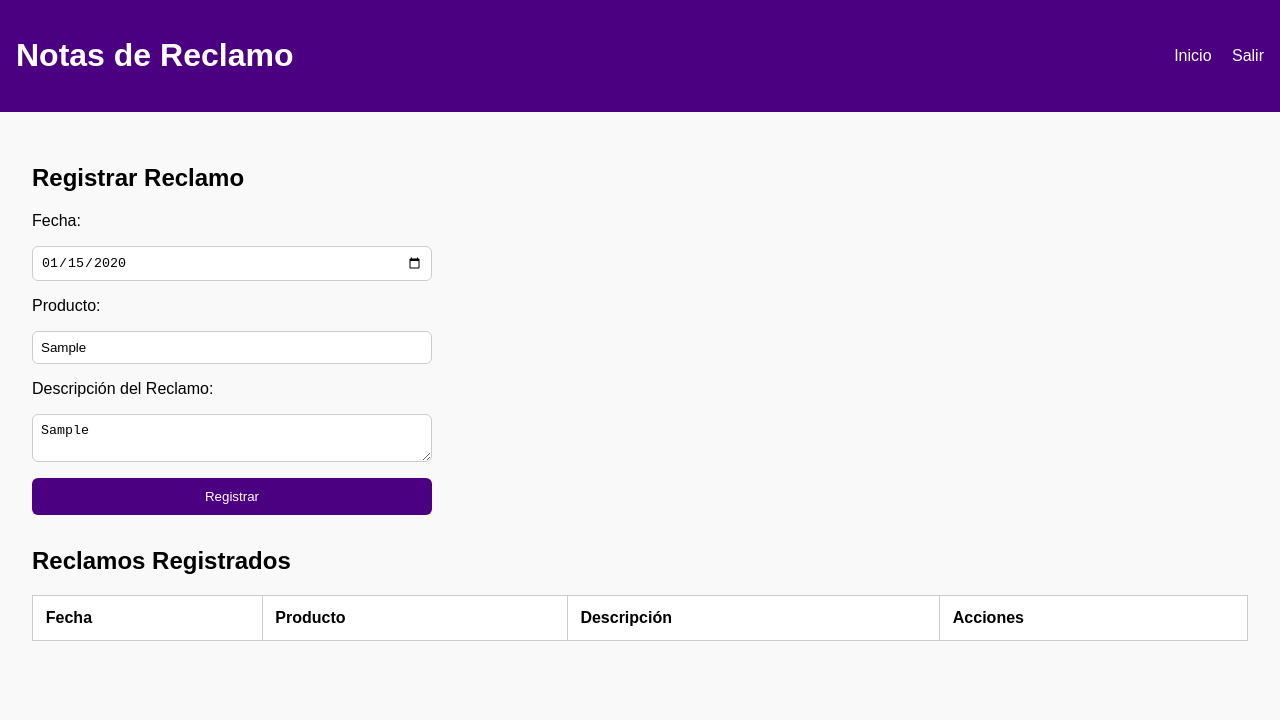
Repository: djkeviin/Mi-primera-chamba
Page: views/reclamos.html
The author's editor kept a copy of each file at every save. The page is drawn from the files as they stood at one save, then again after the next save.
The browser window is 1280 px wide. The pictures show the whole page.
Empty fields were first filled with sample values (such as "Sample", 5 or name@example.com).
After loading, the first visible `#formReclamo` was submitted once.

Above is the page before, as saved 2025-05-02 00:51:34.
Console error: TypeError: Cannot read properties of undefined (reading 'value')

After the next save:
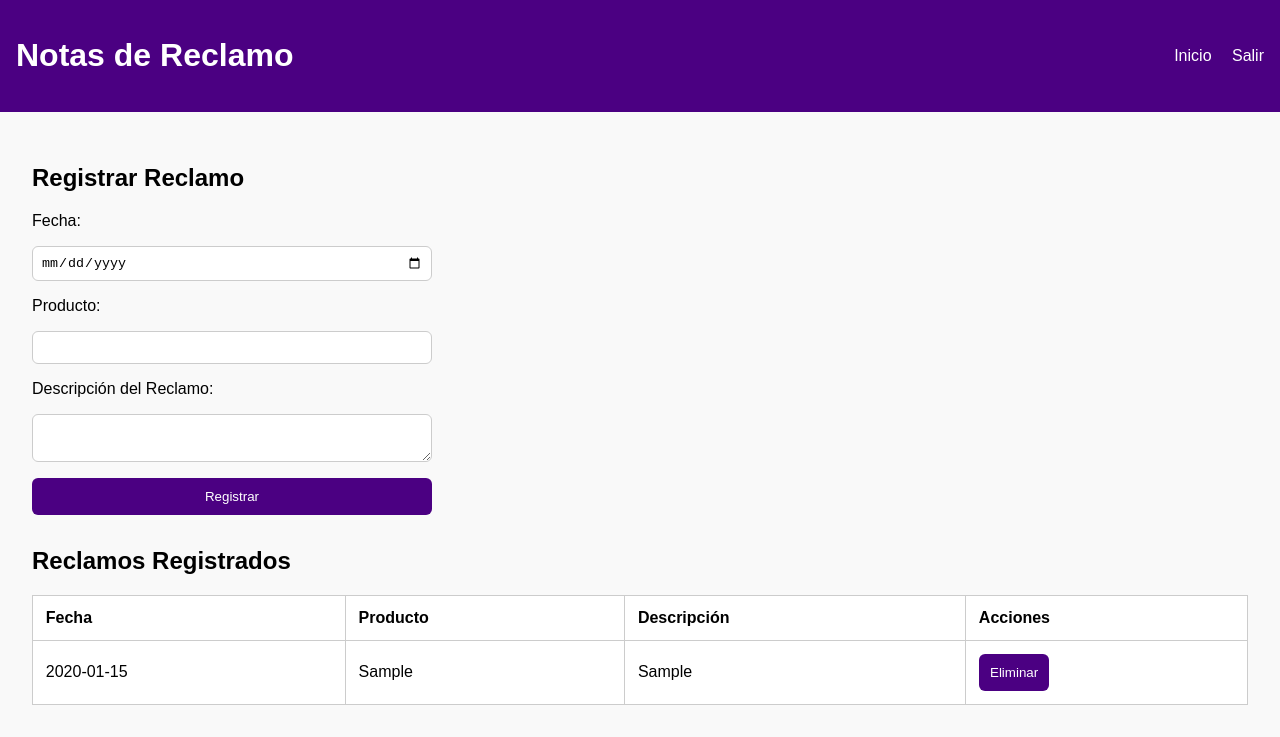
The error is gone.
Saved 87 s later.
--- a/js/reclamos.js
+++ b/js/reclamos.js
@@ -1,80 +1,73 @@
-// Cargar reclamos al iniciar
-document.addEventListener("DOMContentLoaded", function () {
-    const reclamos = JSON.parse(localStorage.getItem("reclamos")) || [];
-    reclamos.forEach(reclamo => agregarFila(reclamo));
-  });
+document.addEventListener("DOMContentLoaded", function() {
+    // Cargar reclamos desde localStorage cuando se carga la página
+    cargarReclamos();
 
-  // Agregar reclamo al enviar el formulario
-  document.getElementById("formReclamo").addEventListener("submit", function(e) {
-    e.preventDefault();
+    // Manejo del formulario de registro de reclamo
+    document.getElementById("formReclamo").addEventListener("submit", function(e) {
+      e.preventDefault();
 
-    const producto = this.producto.value;
-    const motivo = this.motivo.value;
-    const detalles = this.detalles.value;
-    const estado = this.estado.value;
+      // Obtener los valores del formulario
+      const fecha = this.fecha.value;
+      const producto = this.producto.value;
+      const descripcion = this.descripcion.value;
 
-    const reclamo = { producto, motivo, detalles, estado };
-    agregarFila(reclamo);
+      // Crear un objeto de reclamo
+      const reclamo = { fecha, producto, descripcion };
 
-    // Guardar en localStorage
-    const reclamos = JSON.parse(localStorage.getItem("reclamos")) || [];
-    reclamos.push(reclamo);
-    localStorage.setItem("reclamos", JSON.stringify(reclamos));
+      // Obtener la lista de reclamos del localStorage (si existe)
+      let reclamos = JSON.parse(localStorage.getItem("reclamos")) || [];
 
-    this.reset();
-  });
+      // Añadir el nuevo reclamo al array
+      reclamos.push(reclamo);
 
-  // Función para agregar una fila a la tabla
-  function agregarFila({ producto, motivo, detalles, estado }) {
-    const tabla = document.getElementById("tablaReclamos");
-    const fila = document.createElement("tr");
+      // Guardar el array de reclamos actualizado en localStorage
+      localStorage.setItem("reclamos", JSON.stringify(reclamos));
 
-    fila.innerHTML = `
-      <td>${producto}</td>
-      <td>${motivo}</td>
-      <td>${detalles}</td>
-      <td>${estado}</td>
-      <td>
-        <button onclick="cambiarEstado(this)">Cambiar Estado</button>
-        <button onclick="eliminarFila(this)">Eliminar</button>
-      </td>
-    `;
+      // Limpiar el formulario
+      this.reset();
 
-    tabla.appendChild(fila);
-  }
-
-  // Cambiar estado entre "Pendiente" y "Resuelto"
-  function cambiarEstado(btn) {
-    const fila = btn.parentNode.parentNode;
-    const estadoCelda = fila.cells[3];
-    estadoCelda.textContent = estadoCelda.textContent === "Pendiente" ? "Resuelto" : "Pendiente";
-    actualizarLocalStorage();
-  }
-
-  // Eliminar fila y actualizar almacenamiento
-  function eliminarFila(btn) {
-    const fila = btn.parentNode.parentNode;
-    fila.remove();
-    actualizarLocalStorage();
-  }
-
-  // Reescribe el localStorage con los datos actuales de la tabla
-  function actualizarLocalStorage() {
-    const tabla = document.getElementById("tablaReclamos");
-    const nuevasFilas = tabla.querySelectorAll("tr");
-    const nuevosDatos = [];
-
-    nuevasFilas.forEach(fila => {
-      const celdas = fila.querySelectorAll("td");
-      if (celdas.length >= 4) {
-        nuevosDatos.push({
-          producto: celdas[0].textContent,
-          motivo: celdas[1].textContent,
-          detalles: celdas[2].textContent,
-          estado: celdas[3].textContent,
-        });
-      }
+      // Recargar los reclamos en la tabla
+      cargarReclamos();
     });
 
-    localStorage.setItem("reclamos", JSON.stringify(nuevosDatos));
-  }
+    // Función para cargar los reclamos desde el localStorage
+    function cargarReclamos() {
+      // Obtener los reclamos del localStorage
+      const reclamos = JSON.parse(localStorage.getItem("reclamos")) || [];
+
+      // Obtener la referencia a la tabla
+      const tablaReclamos = document.getElementById("listaReclamos");
+      tablaReclamos.innerHTML = ''; // Limpiar la tabla antes de recargarla
+
+      // Recorrer los reclamos y añadirlos a la tabla
+      reclamos.forEach(function(reclamo, index) {
+        const fila = document.createElement("tr");
+
+        fila.innerHTML = `
+          <td>${reclamo.fecha}</td>
+          <td>${reclamo.producto}</td>
+          <td>${reclamo.descripcion}</td>
+          <td>
+            <button onclick="eliminarReclamo(${index})">Eliminar</button>
+          </td>
+        `;
+
+        tablaReclamos.appendChild(fila);
+      });
+    }
+
+    // Función para eliminar un reclamo
+    window.eliminarReclamo = function(index) {
+      // Obtener los reclamos actuales
+      let reclamos = JSON.parse(localStorage.getItem("reclamos")) || [];
+
+      // Eliminar el reclamo de la lista
+      reclamos.splice(index, 1);
+
+      // Guardar los reclamos actualizados en localStorage
+      localStorage.setItem("reclamos", JSON.stringify(reclamos));
+
+      // Recargar los reclamos en la tabla
+      cargarReclamos();
+    };
+  });
